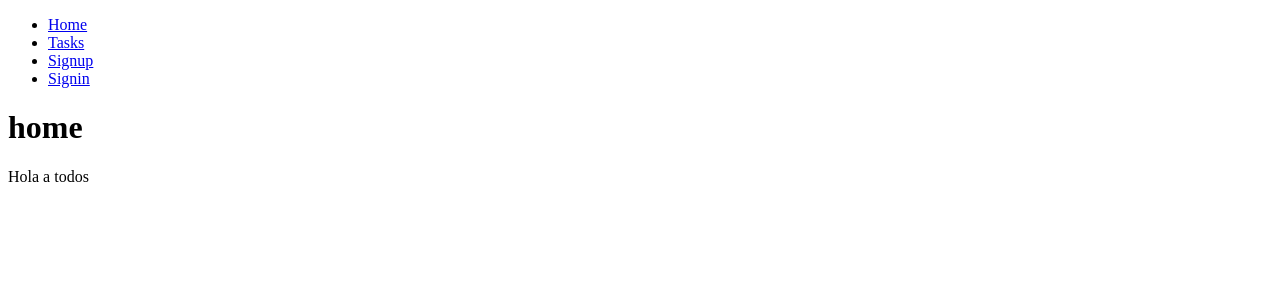
Repository: dbettancourt/django-auth-crud
Page: http://localhost/
An editor plug-in stored every save of this project. The page is shown before and after a run of saves, followed by the edit.
The browser window is 1280 px wide. The pictures show the whole page.
The page is served by the project's application, run on Django 4.2 (manage.py).

Above is the page before, as saved 2023-06-03 17:40:31.

After the next 2 saves:
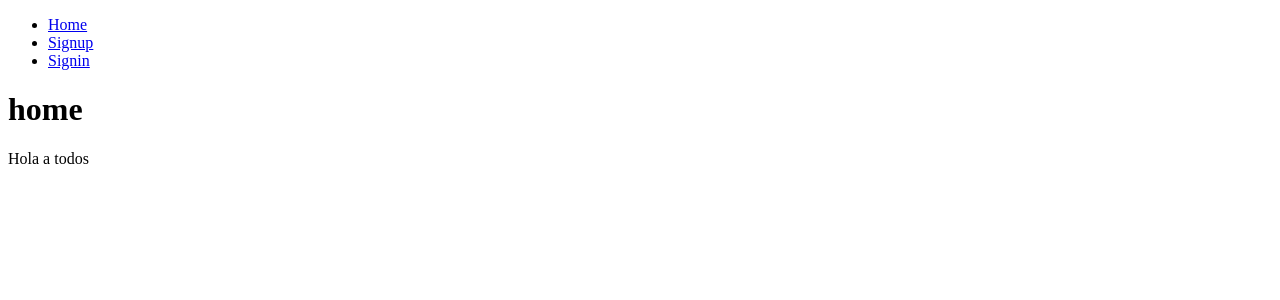
The 2 saves are shown as one change because 1 did not build or start.
The last was saved 2 min 43 s later.
--- a/tasks/templates/base.html
+++ b/tasks/templates/base.html
@@ -24,11 +24,14 @@
                 <li>
                     <a href="/">Home</a>
                 </li>
+                {% if user.is_authenticated %}
                 <li>
                     <a href="/tasks">Tasks</a>
                 </li>
+                <li>
+                    <a href="/tasks/create">Create task</a>
+                </li>
 
-                {% if user.is_authenticated %}
                 <li>
                     <a href="/logout">Logout</a>
                 </li>
